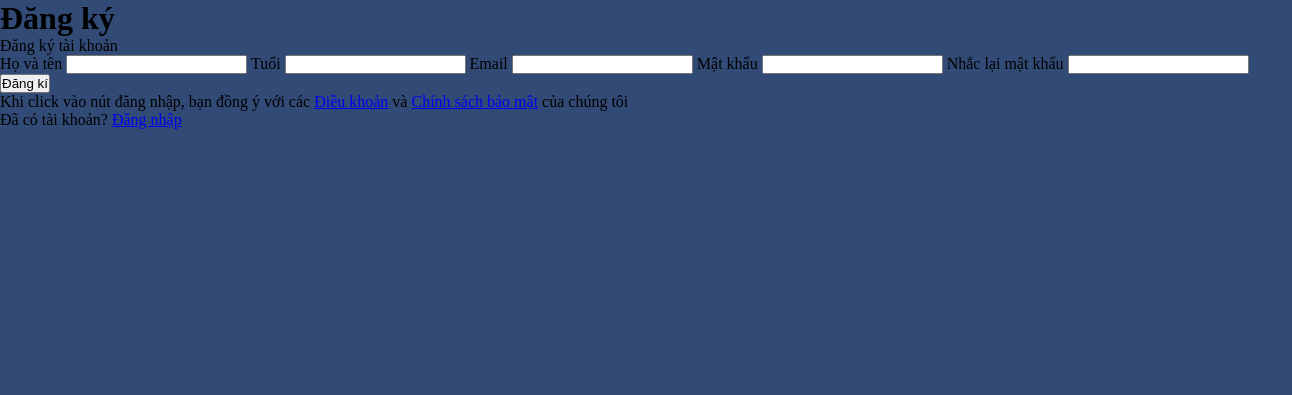
Repository: Ngoc28/HTML-CSS
Page: form/index.html
These files come from the project's save history. The page is drawn as it stood at one moment and after the next save; the edit follows.
The browser window is 1280 px wide. The page is 1280 px wide, then 1292 px, so the pictures cover 1292 px, including what lies to the right of the window. The pictures show the whole page.

Above is the page before, as saved 2023-08-05 14:33:08.

### form/index.html
<!DOCTYPE html>
<html lang="en">
<head>
    <meta charset="UTF-8">
    <meta name="viewport" content="width=device-width, initial-scale=1.0">
    <title>Register</title>
    <link rel="stylesheet" href="./styles.css">
</head>
<body>
    <div class="form">
        <form action="" class="form-register">
            <h1 class="tieude">Đăng ký</h1>
            <p class="desc">
                Đăng ký tài khoản
            </p>
            <!-- text -->
                <label for="hoten">Họ và tên</label>
                <input type="text" name="hoten">

                <label for="tuoi">Tuổi</label>
                <input type="number" name="tuoi" id="tuoi">

                <label for="email">Email</label>
                <input type="email" name="email" id="email">

                <label for="password">Mật khẩu</label>
                <input type="password" name="password" id="password">

                <label for="password">Nhắc lại mật khẩu</label>
                <input type="password" name="password" id="password">

                <input type="submit" value="Đăng kí">

                <p class="dieukhoan">
                    Khi click vào nút đăng nhập, bạn đồng ý với các
                    <a href="#">Điều khoản</a>
                    và
                    <a href="#">Chính sách bảo mật</a>
                    của chúng tôi
                </p>
                <p class="hasAcount">
                    Đã có tài khoản?
                    <a href="#">Đăng nhập</a>
                </p>
        </form>
    </div>
</body>
</html>

### form/styles.css
*{
    padding: 0;
    margin: 0;
    box-sizing: border-box;
}

body {
    background: #324a76;
}

.form {
    display: flex;
}

.form-register {
    margin: auto;
    justify-content: center;
    align-items: center;
}

After the next save:
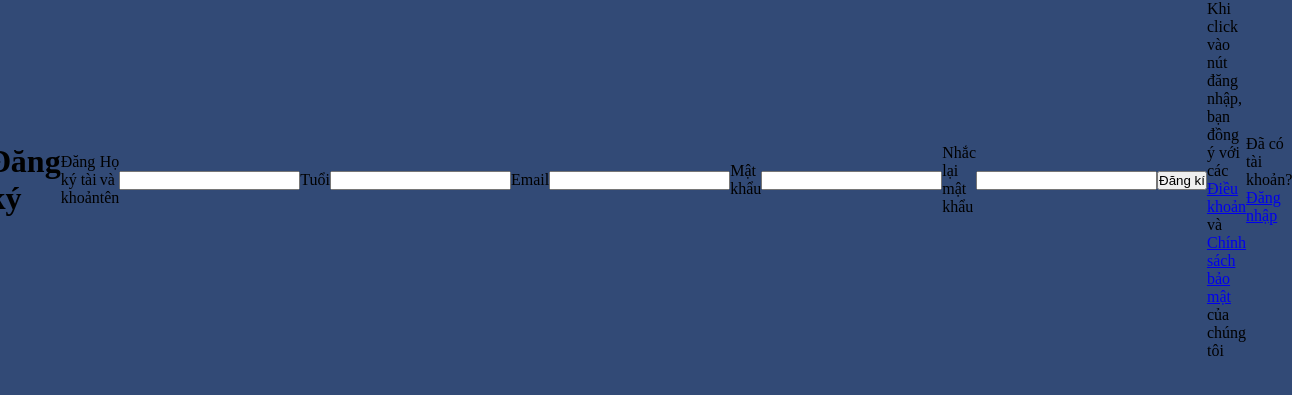
Saved 18 s later.
--- a/form/styles.css
+++ b/form/styles.css
@@ -9,11 +9,10 @@ body {
 }
 
 .form {
-    display: flex;
 }
 
 .form-register {
-    margin: auto;
+    display: flex;
     justify-content: center;
     align-items: center;
 }
